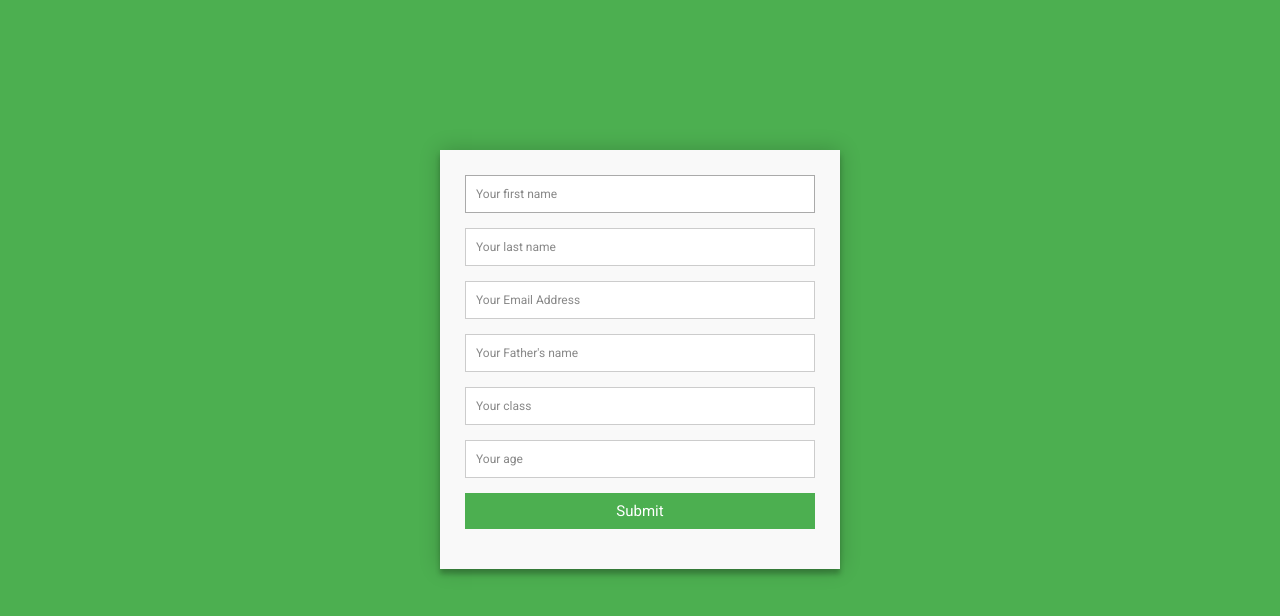
Repository: meta-pranjal-agrawal/software_fundamentals
Page: EAD/ead_assignment2/EADSession3/WebContent/Index.html
An editor plug-in stored every save of this project. The page is shown before and after the next save, followed by the edit.
The browser window is 1280 px wide. The pictures show the whole page.

Above is the page before, as saved 2020-02-02 14:22:04.

### EAD/ead_assignment2/EADSession3/WebContent/Index.html
<!DOCTYPE html>
<html>
<head>
<meta charset="ISO-8859-1">
<title>Student Registration Form</title>
<style>

@import url(https://fonts.googleapis.com/css?family=Roboto:400,300,600,400italic);
* {
  margin: 0;
  padding: 0;
  box-sizing: border-box;
  -webkit-box-sizing: border-box;
  -moz-box-sizing: border-box;
  -webkit-font-smoothing: antialiased;
  -moz-font-smoothing: antialiased;
  -o-font-smoothing: antialiased;
  font-smoothing: antialiased;
  text-rendering: optimizeLegibility;
}

body {
  font-family: "Roboto", Helvetica, Arial, sans-serif;
  font-weight: 100;
  font-size: 12px;
  line-height: 30px;
  color: #777;
  background: #4CAF50;
}

.container {
  max-width: 400px;
  width: 100%;
  margin: 0 auto;
  position: relative;
}

#contact input[type="text"],
#contact input[type="email"],
#contact input[type="tel"],
#contact input[type="url"],
#contact textarea,
#contact button[type="submit"] {
  font: 400 12px/16px "Roboto", Helvetica, Arial, sans-serif;
}

#contact {
  background: #F9F9F9;
  padding: 25px;
  margin: 150px 0;
  box-shadow: 0 0 20px 0 rgba(0, 0, 0, 0.2), 0 5px 5px 0 rgba(0, 0, 0, 0.24);
}

#contact h3 {
  display: block;
  font-size: 30px;
  font-weight: 300;
  margin-bottom: 10px;
}

#contact h4 {
  margin: 5px 0 15px;
  display: block;
  font-size: 13px;
  font-weight: 400;
}

fieldset {
  border: medium none !important;
  margin: 0 0 10px;
  min-width: 100%;
  padding: 0;
  width: 100%;
}

#contact input[type="text"],
#contact input[type="email"],
#contact input[type="tel"],
#contact input[type="url"],
#contact textarea {
  width: 100%;
  border: 1px solid #ccc;
  background: #FFF;
  margin: 0 0 5px;
  padding: 10px;
}

#contact input[type="text"]:hover,
#contact input[type="email"]:hover,
#contact input[type="tel"]:hover,
#contact input[type="url"]:hover,
#contact textarea:hover {
  -webkit-transition: border-color 0.3s ease-in-out;
  -moz-transition: border-color 0.3s ease-in-out;
  transition: border-color 0.3s ease-in-out;
  border: 1px solid #aaa;
}

#contact textarea {
  height: 100px;
  max-width: 100%;
  resize: none;
}

#contact button[type="submit"] {
  cursor: pointer;
  width: 100%;
  border: none;
  background: #4CAF50;
  color: #FFF;
  margin: 0 0 5px;
  padding: 10px;
  font-size: 15px;
}

#contact button[type="submit"]:hover {
  background: #43A047;
  -webkit-transition: background 0.3s ease-in-out;
  -moz-transition: background 0.3s ease-in-out;
  transition: background-color 0.3s ease-in-out;
}

#contact button[type="submit"]:active {
  box-shadow: inset 0 1px 3px rgba(0, 0, 0, 0.5);
}

.copyright {
  text-align: center;
}

#contact input:focus,
#contact textarea:focus {
  outline: 0;
  border: 1px solid #aaa;
}

::-webkit-input-placeholder {
  color: #888;
}

:-moz-placeholder {
  color: #888;
}

::-moz-placeholder {
  color: #888;
}

:-ms-input-placeholder {
  color: #888;
}
</style>
</head>
<body>
<div class="container">
 <form id="contact" method="post" action="RegisterStudent">

   <fieldset>
     <input placeholder="Your first name" type="text"  required autofocus name="firstName">
   </fieldset>
   <fieldset>
     <input placeholder="Your last name" type="text"  required id="lastName">
   </fieldset>
   <fieldset>
     <input placeholder="Your Email Address" type="email"  required id="email">
   </fieldset>
   <fieldset>
     <input placeholder="Your Father's name" type="text"  required id="fatherName">
   </fieldset>
   <fieldset>
     <input placeholder="Your class" type="text"  required id="class">
   </fieldset>
   <fieldset>
     <input placeholder="Your age" type="text"  required id="age">
   </fieldset>

   <fieldset>
     <button name="submit" type="submit" id="contact-submit" data-submit="...Sending">Submit</button>
   </fieldset>

 </form>
</div>
</body>
</html>

After the next save:
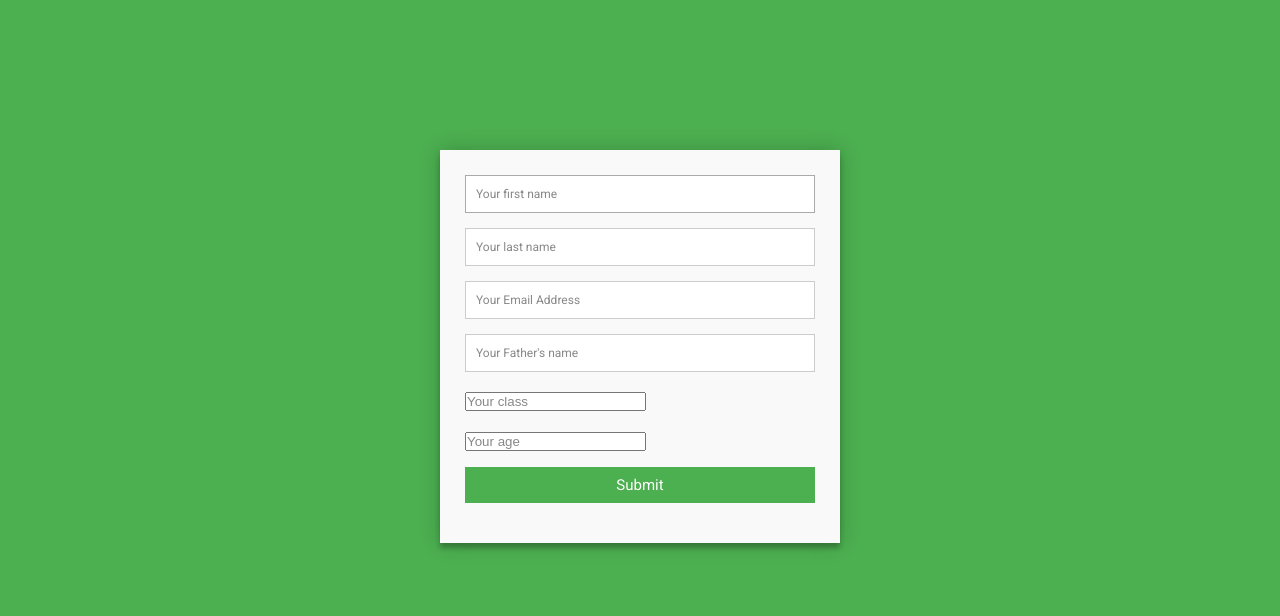
Saved 3 min 11 s later.
--- a/EAD/ead_assignment2/EADSession3/WebContent/Index.html
+++ b/EAD/ead_assignment2/EADSession3/WebContent/Index.html
@@ -159,19 +159,19 @@ fieldset {
      <input placeholder="Your first name" type="text"  required autofocus name="firstName">
    </fieldset>
    <fieldset>
-     <input placeholder="Your last name" type="text"  required id="lastName">
+     <input placeholder="Your last name" type="text"  required name="lastName">
    </fieldset>
    <fieldset>
-     <input placeholder="Your Email Address" type="email"  required id="email">
+     <input placeholder="Your Email Address" type="email"  required name="email">
    </fieldset>
    <fieldset>
-     <input placeholder="Your Father's name" type="text"  required id="fatherName">
+     <input placeholder="Your Father's name" type="text"  required name="fatherName">
    </fieldset>
    <fieldset>
-     <input placeholder="Your class" type="text"  required id="class">
+     <input placeholder="Your class" type="number"  required name="class">
    </fieldset>
    <fieldset>
-     <input placeholder="Your age" type="text"  required id="age">
+     <input placeholder="Your age" type="number"  required name="age">
    </fieldset>
 
    <fieldset>
